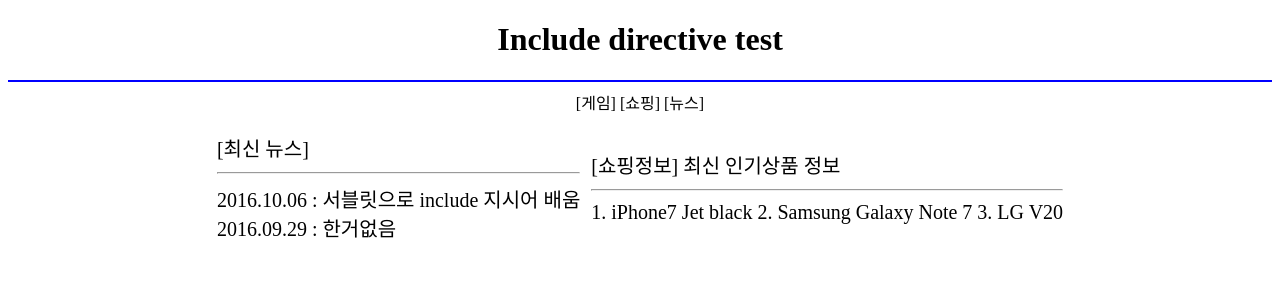
Repository: donggeonoh/My_Source
Page: http://localhost/WebProgramming/ch05/include_test.jsp
These files come from the project's save history. The page is drawn as it stood at one moment and after the next save; the edit follows.
The browser window is 1280 px wide. The pictures show the whole page.
The page is served by Tomcat 9. Other server files are loaded and not shown.

Above is the page before, as saved 2016-10-06 10:20:32.

### Web Source/WebProgramming/WebContent/ch05/include_test.jsp
<%@ page language="java" contentType="text/html; charset=UTF-8"
    pageEncoding="UTF-8"%>
<!DOCTYPE html PUBLIC "-//W3C//DTD HTML 4.01 Transitional//EN" "http://www.w3.org/TR/html4/loose.dtd">
<html>
<head>
<meta http-equiv="Content-Type" content="text/html; charset=UTF-8">
<title>Insert title here</title>
</head>
<body>

	<div align = "center">
		<h1>Include directive test</h1>
		<hr color="blue">

		<%@ include file = "include_menu.jsp" %>
		<p></p>

		<table>
			<tr>
				<td style = "font-size : 20px"><%@include file = "include_news.jsp"%>
				<td width = "3em"></td>
				<td style = "font-size : 20px"><%@include file = "include_shopping.jsp"%>
			</tr>
		</table>
	</div>

</body>
</html>

### Web Source/WebProgramming/WebContent/ch05/include_menu.jsp
<%@ page language="java" contentType="text/html; charset=UTF-8"
    pageEncoding="UTF-8"%>
<!DOCTYPE html PUBLIC "-//W3C//DTD HTML 4.01 Transitional//EN" "http://www.w3.org/TR/html4/loose.dtd">

[게임] [쇼핑] [뉴스]

### Web Source/WebProgramming/WebContent/ch05/include_news.jsp
<%@ page language="java" contentType="text/html; charset=UTF-8"
    pageEncoding="UTF-8"%>
<!DOCTYPE html PUBLIC "-//W3C//DTD HTML 4.01 Transitional//EN" "http://www.w3.org/TR/html4/loose.dtd">

[최신 뉴스]<hr>

2016.10.06 : 서블릿으로 include 지시어 배움 <br>
2016.09.29 : 한거없음 <br>

### Web Source/WebProgramming/WebContent/ch05/include_shopping.jsp
<%@ page language="java" contentType="text/html; charset=UTF-8"
    pageEncoding="UTF-8"%>
<!DOCTYPE html PUBLIC "-//W3C//DTD HTML 4.01 Transitional//EN" "http://www.w3.org/TR/html4/loose.dtd">

[쇼핑정보] 최신 인기상품 정보 <hr>

1. iPhone7 Jet black
2. Samsung Galaxy Note 7
3. LG V20

After the next save:
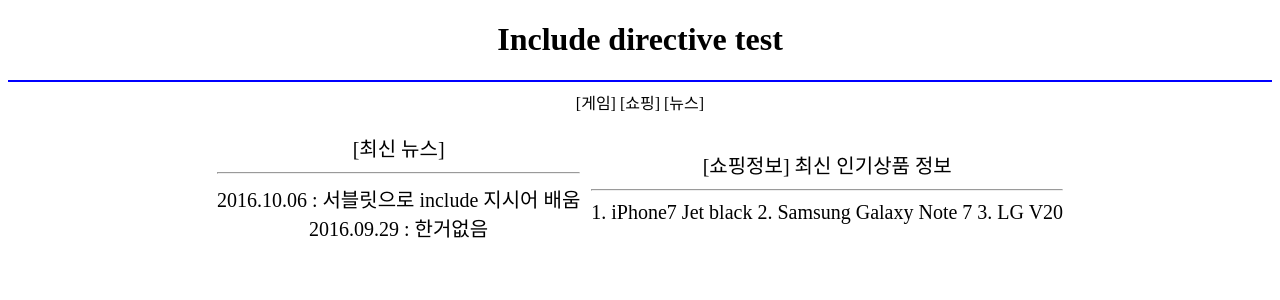
Saved 67 s later.
--- a/Web Source/WebProgramming/WebContent/ch05/include_test.jsp
+++ b/Web Source/WebProgramming/WebContent/ch05/include_test.jsp
@@ -16,7 +16,7 @@
 		<p></p>
 
 		<table>
-			<tr>
+			<tr align="center">
 				<td style = "font-size : 20px"><%@include file = "include_news.jsp"%>
 				<td width = "3em"></td>
 				<td style = "font-size : 20px"><%@include file = "include_shopping.jsp"%>
